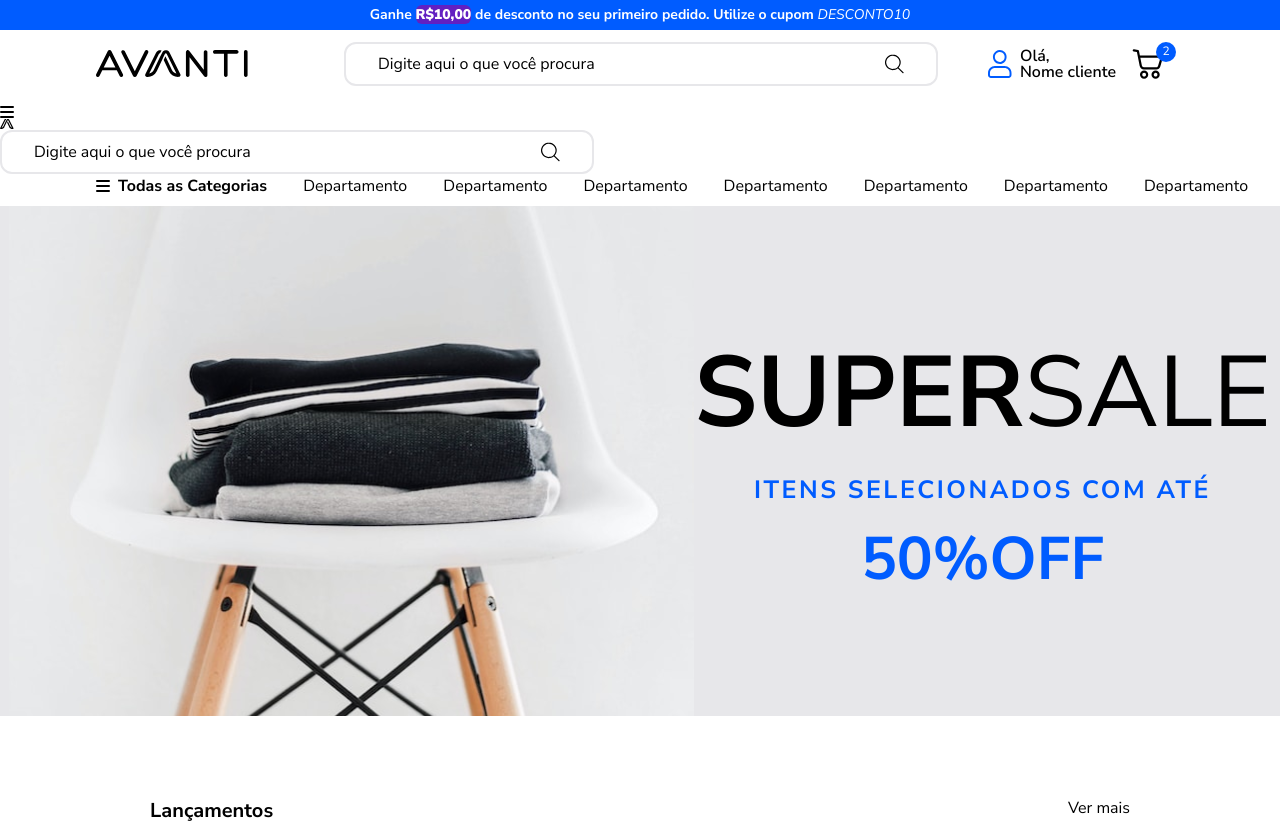
Repository: chidekina/avanti-01
Page: index.html
These files come from the project's save history. The page is drawn as it stood at one moment and after a run of saves; the edit follows.
The browser window is 1280 px wide. The pictures show the part of the page from y = 0 to 822 px (the page is 4148 px tall before and 4164 px after).
A picture or video elsewhere on the page could not be fetched, so the positions and the page height are approximate.

Above is the page before, as saved 2025-04-15 14:33:40.

After the next 5 saves:
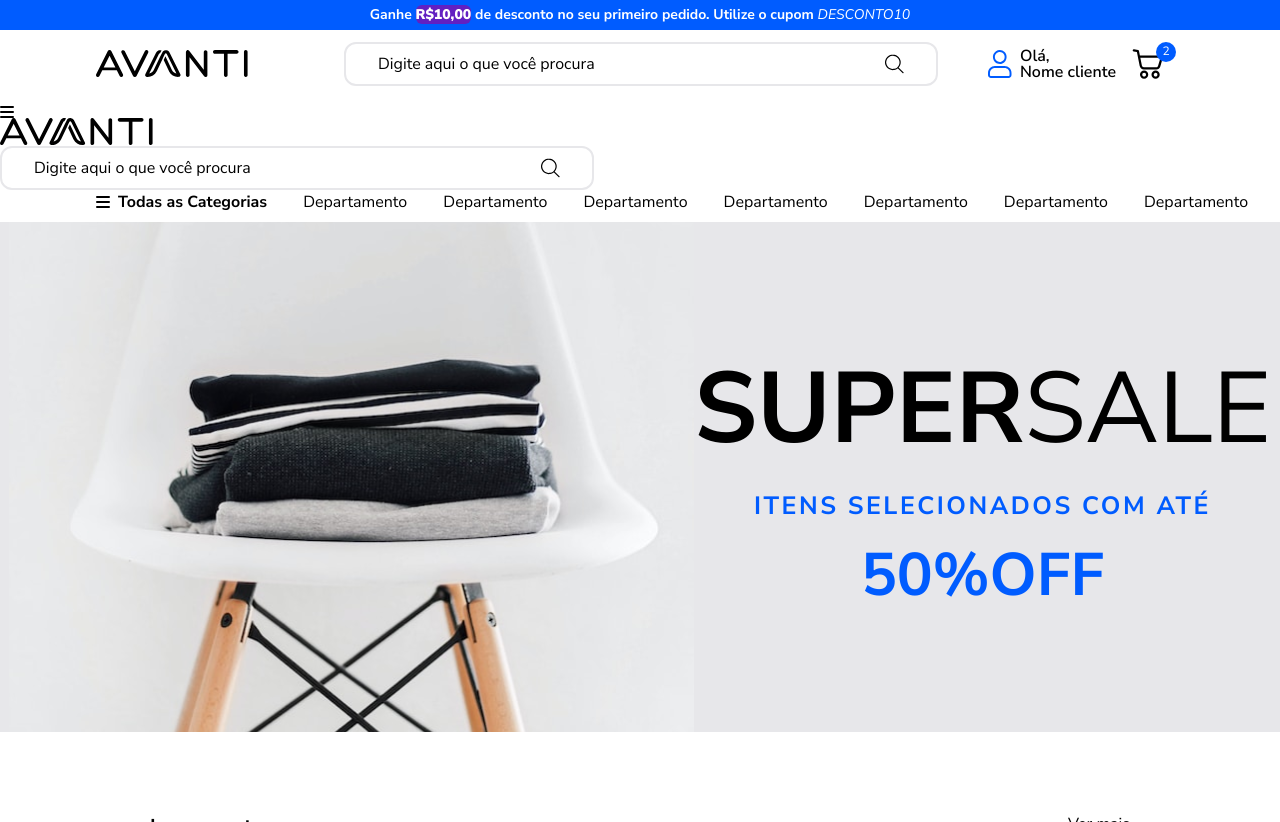
The 5 saves are shown as one change because they came seconds apart.
The last was saved 17 s later.
--- a/index.html
+++ b/index.html
@@ -47,7 +47,8 @@
       <div class="">
         <div>
           <img src="./assets/menu-hamburger.svg" alt="menu hamburguer">
-          <img src="./assets/avanti-icon.svg">
+          <img src="./assets/logo.svg" alt="logo da Avanti">
+          <img
         </div>
         <div class="flex justify-between py-2 border-2 border-solid border-(--bg-color) px-8 rounded-xl cursor-text w-[594px]">
           <input type="text" placeholder="Digite aqui o que você procura" class="placeholder-black outline-none focus:placeholder-transparent w-1/2" />
